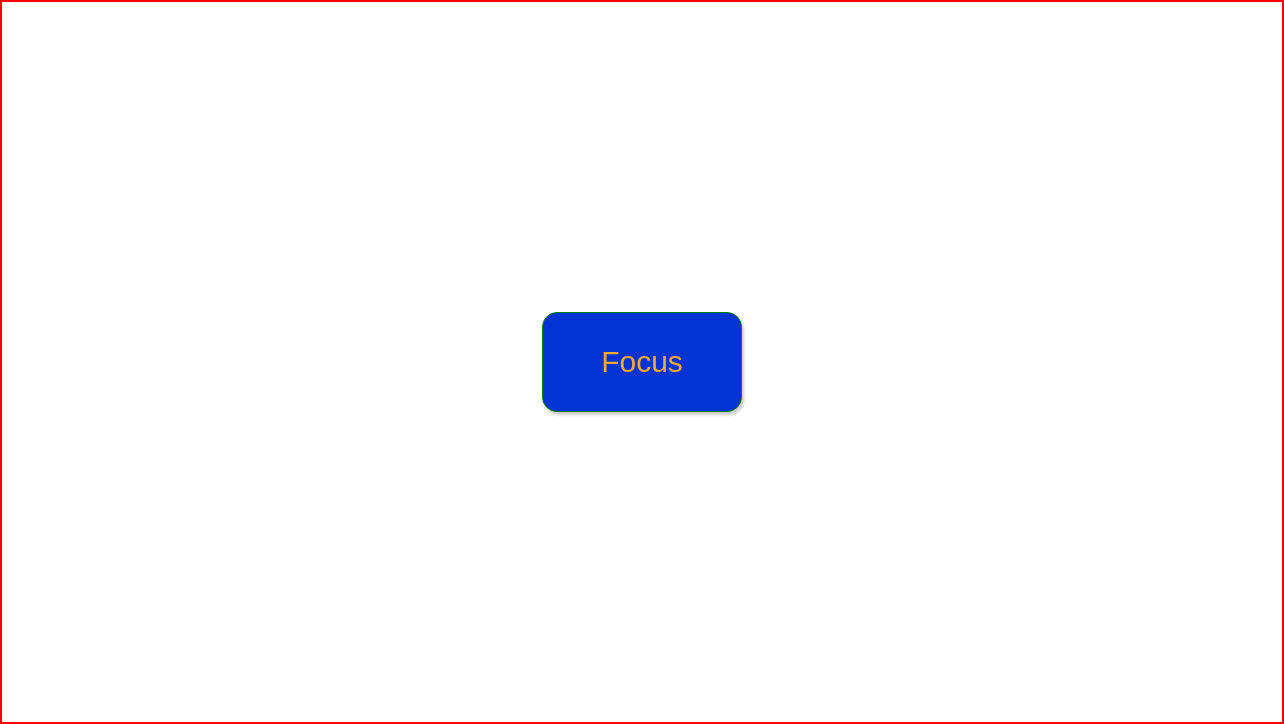
Repository: KrzysKolo/sr_tydzien4_zad5
Page: /
An editor plug-in stored every save of this project. The page is shown before and after the next save, followed by the edit.
The browser window is 1280 px wide. The page is 1284 px wide, so the pictures cover 1284 px, including what lies to the right of the window. The pictures show the whole page.
The project was rebuilt for these pictures with package versions that can differ from the ones it lists, and the page was loaded fresh each time.

Above is the page before, as saved 2020-12-17 14:14:17.

After the next save:
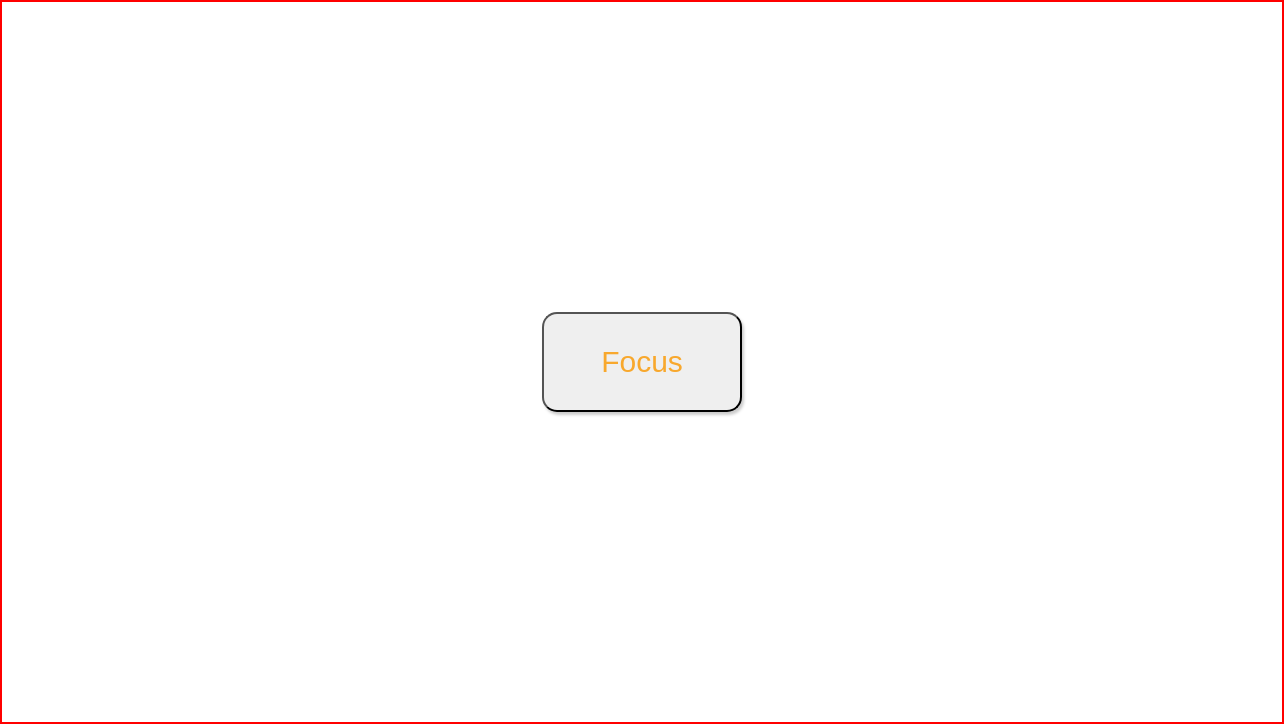
Saved 37 s later.
--- a/src/App.css
+++ b/src/App.css
@@ -8,8 +8,7 @@
   border: 2px solid red;
 }
 .btn {
-  background-color: rgb(2, 51, 213);
-  border: 1px solid green;
+  background-color: ;
   border-radius: 15px;
   box-shadow: 2px 3px 3px #ccc;
   color: rgb(248, 168, 45);
